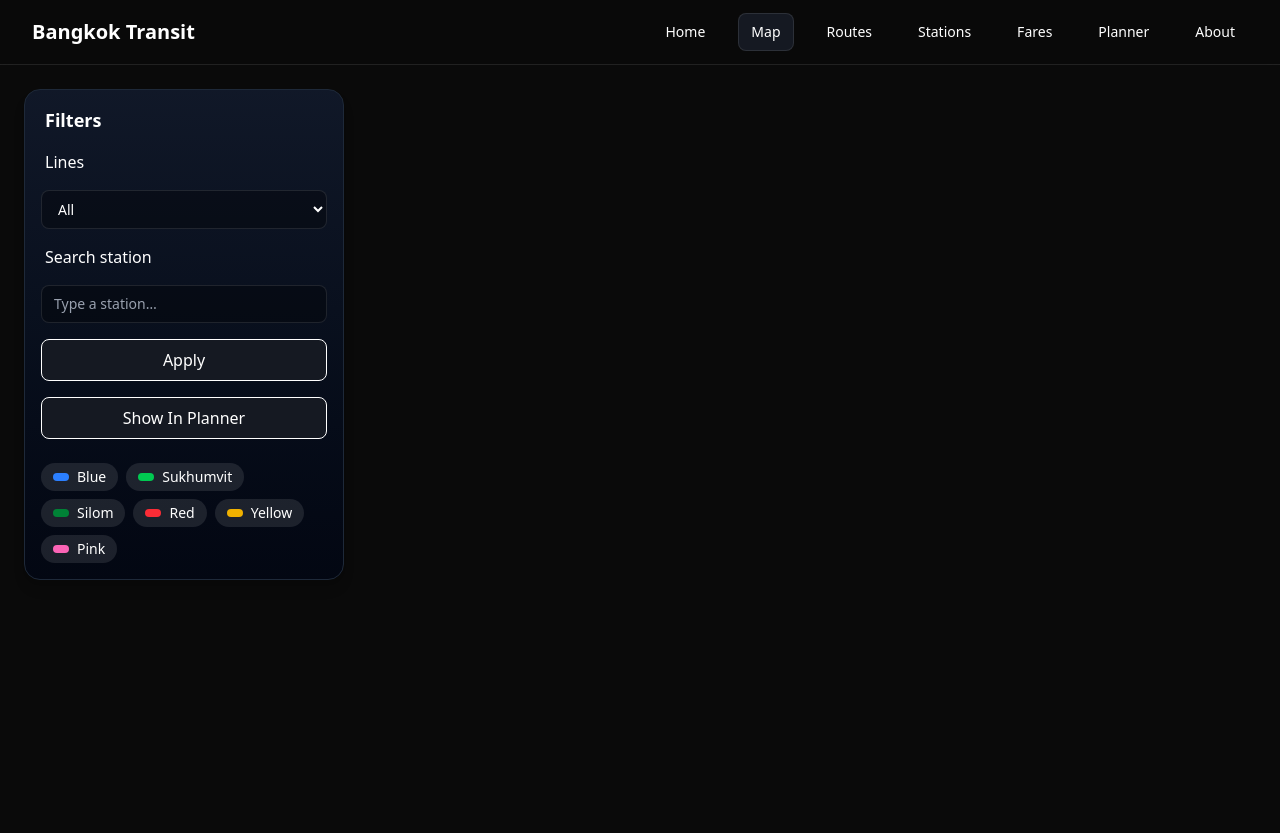
Repository: pyaestk/Bangkok-transit-map
Page: /map
The author's editor kept a copy of each file at every save. The page is drawn from the files as they stood at one save, then again after the next save.
The browser window is 1280 px wide. The pictures show the whole page.
The project was rebuilt for these pictures with package versions that can differ from the ones it lists, and the page was loaded fresh each time. Also part of the build but not shown: vite.config.ts, src/pages/Home.tsx, src/pages/Planner.tsx, src/pages/Stations.tsx, src/pages/TrainRoutes.tsx, src/pages/Fares.tsx, src/pages/About.tsx.

Above is the page before, as saved 2025-10-04 10:30:01.

After the next save:
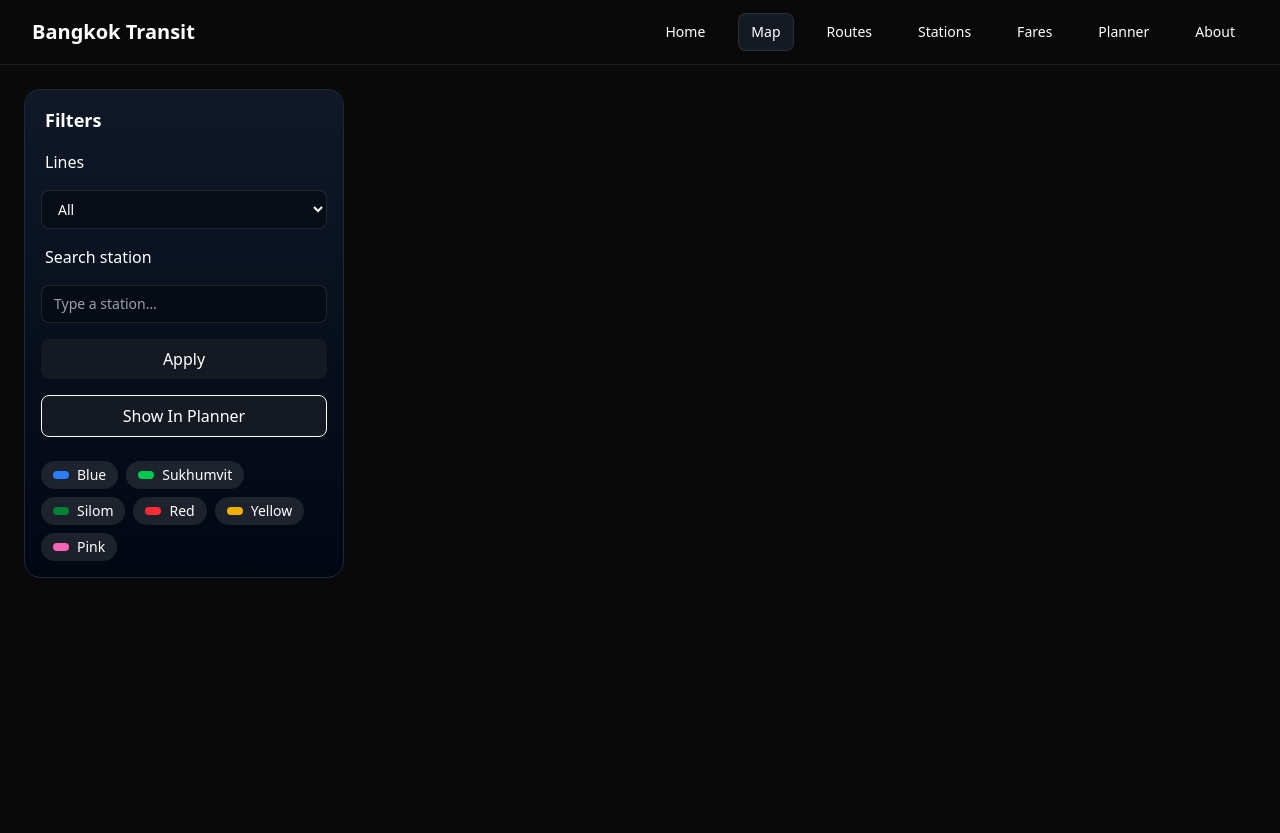
Saved 5 s later.
--- a/src/component/FiltersCard.tsx
+++ b/src/component/FiltersCard.tsx
@@ -22,7 +22,7 @@ export default function FiltersCard() {
 
       {/* Buttons */}
       <div className="flex flex-col space-y-4 mt-4">
-        <button className="px-4 py-2 rounded-lg bg-[#151922] border text-white hover:bg-white/10">Apply</button>
+        <button className="px-4 py-2 rounded-lg bg-[#151922] text-white hover:bg-white/10">Apply</button>
         <button className="px-4 py-2 rounded-lg bg-[#151922] border text-white hover:bg-white/10">Show In Planner</button>
       </div>
 
